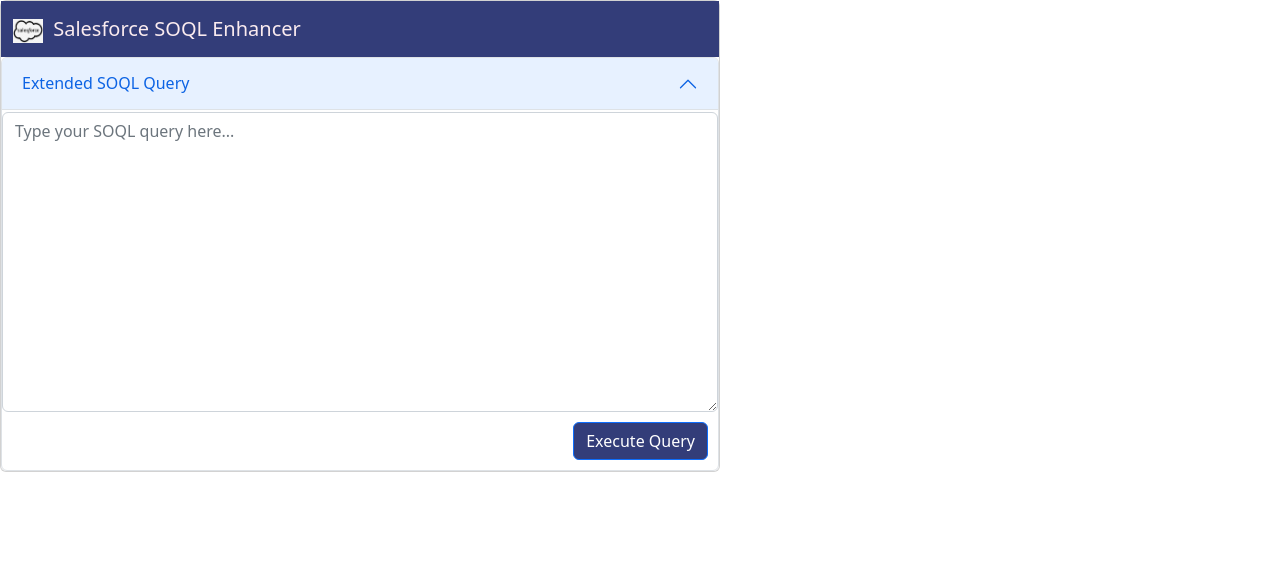
Repository: anweshpargi/salesforceExtension
Page: popup.html
The author's editor kept a copy of each file at every save. The page is drawn from the files as they stood at one save, then again after the next save.
The browser window is 1280 px wide. The pictures show the whole page.

Above is the page before, as saved 2023-08-27 01:31:00.
Not found: js/jsforce.js

### popup.html
<!DOCTYPE html>
<html lang="en">

<head>
    <meta charset="UTF-8">
    <meta http-equiv="X-UA-Compatible" content="IE=edge">
    <meta name="viewport" content="width=device-width, initial-scale=1.0">
    <link rel="stylesheet" href="bootstrap/css/bootstrap.min.css">

    <script src="bootstrap/js/bootstrap.min.js" type="text/javascript"></script>
    <script src="js/jsforce.js" type="text/javascript"></script>
    <!-- JavaScript Bundle with Popper -->

    <title> Salesforce Test Class Data Generator</title>
</head>


<body style="width: 720px">
    <div class="card">
        <nav class="navbar" style="background-color: #333D79FF;">
            <div class="container-fluid">
                <a class="navbar-brand" style="color: #FAEBEFFF;" href="#">
                    <img src="/icon.png" alt="Logo" width="30" height="24" style="margin-right: 5px;"
                        class="d-inline-block">
                    Salesforce SOQL Enhancer
                </a>
            </div>
        </nav>

        <div class="accordion" id="accordionExample">
            <div class="accordion-item">
                <h2 class="accordion-header" id="headingOne">
                    <button class="accordion-button" type="button" data-bs-toggle="collapse"
                        data-bs-target="#collapseOne" aria-expanded="true" aria-controls="collapseOne">
                        Extended SOQL Query
                    </button>
                </h2>
                <div id="collapseOne" class="accordion-collapse collapse show" aria-labelledby="headingOne"
                    data-bs-parent="#accordionExample">

                    <div class="">
                        <textarea style="margin-top: 2px; height: 300px;" class="form-control"
                            placeholder="Type your SOQL query here..." id="floatingtextarea"></textarea>
                    </div>
                    <div style="text-align: right; margin: 10px;">
                        <span id="loader" style="display: none;">
                            <span class="spinner-border text-primary"  role="status"></span>
                            <span style="color: darkblue;"> &nbsp; Processing wait... </span>
                            <span style="color: darkblue;" id="count">  </span>&nbsp;
                        </span>
                        <span>
                            <button class="btn btn-success"  style="display: none;" id="downloadExcel" type="">Download Excel</button>
                        </span>
                        <button class="btn btn-primary" style="background-color: #333D79FF;"  id="getbutton" type="">Execute Query</button>
                    </div>
                </div>

            </div>
        </div>
    </div>

</body>
<script type="text/javascript" src="js/popup.js"></script>
<script type="text/javascript" src="js/xlsx.full.min.js"></script>

</html>

### js/popup.js
//store connection... con object
var conn = undefined;
var inputQuery = undefined;

console.log('popup js loaded succesfully')
document.querySelector('#getbutton').addEventListener('click', () => {
  console.log('XLSX ' + XLSX);
  console.log('method invoked on button click')
  chrome.tabs.query({ active: true, currentWindow: true }, (tabs) => {
    console.log('inside tabs query')
    var tab = tabs[0]
    var instanceUrl = tab.url.split('.')[0] + '.my.salesforce.com'
    console.log(tab)
    var domainUrl = new URL(tab.url)
    var sessionId = undefined
    if (
      tab.url &&
      (tab.url.includes('.lightning.force.com') ||
        tab.url.includes('.salesforce.com'))
    ) {
      var port = chrome.runtime.connect({ name: 'knockknock' })
      port.postMessage({ host: instanceUrl.replace('https://', '') })
      port.onMessage.addListener(function (msg) {
        console.log('response from backgroundjs' + msg.ssid)
        sessionId = msg.ssid
        if (sessionId) {
          console.log('session id received  ', sessionId)
          conn = new jsforce.Connection({
            serverUrl: instanceUrl,
            instanceUrl: instanceUrl,
            sessionId: sessionId,
            version: '50.0',
          }) //jsforce
          console.log('connection', conn)
          getQueryInput()
        } else {
          alert('Salesforce Session Not found')
        }
      })
    } else {
      alert(
        'Not a Salesforce Domain!, Keep Salesforce Tab Active and Run again',
      )
    }
  })
})

function getQueryInput() {
  try {
    if (conn) {
      inputQuery = document
        .querySelector('#floatingtextarea')
        .value.replace(/\s\s+/g, ' ')
        .trim()
      console.log('Input query by user >> ' + inputQuery)
      processQuery(inputQuery);
    } else {
      alert('Connection not available')
    }
  } catch (error) {
    alert('Something went wrong ' + error.name)
  }
}

var records = [];
var processedQueries = [];
var recordCount = 0;
var countElement = undefined;

async function processQuery(query) {
  countElement = document.getElementById('count');
  recordCount = 0;
  records = [];
  processedQueries = [];
  try {
    isDisableExecute(true);
    showDownloadExcel(false);
    showSpinner(true);
    var match = query.match(/\(([^)]+)\)/i)
    if (match && query.length > 4000) {
      console.log('match and lenght pass');
      var valuesString = match[1];
      console.log('valuesString>> ' + valuesString);
      var valuesList = valuesString.split(',');

      var batchSize = 100;

      for (let i = 0; i < valuesList.length; i += batchSize) {
        // Slice a batch of values
        var batch = valuesList.slice(i, i + batchSize);
        // Join batch values with commas to create a new values string
        var batchValuesString = batch.join(',');

        // Replace values within parentheses with the batch values
        var modifiedQuery = query.replace(valuesString, batchValuesString);
        //console.log('modifiedQurery  >>' + modifiedQuery);
        // Store the modified query in the processedQueries array
        processedQueries.push(modifiedQuery);
        console.log('count ' + i);
        await executeQueryToDatabase(modifiedQuery);
      }
      console.log('final records length ' + records.length);
      console.log('records stingify ' + JSON.stringify(records));
      showSpinner(false);
      showDownloadExcel(true);
      isDisableExecute(false);
      //return processedQueries;
      //executeQueryToDatabase(query);
    } else {
      executeQueryToDatabase(query);
      showSpinner(false);
      showDownloadExcel(true);
      isDisableExecute(false);
    }
  } catch (error) {
    showSpinner(false);
    isDisableExecute(false);
    showDownloadExcel(false);
    alert(error.name)
    console.log(error)
  }
}

async function executeQueryToDatabase(inputQuery) {
  console.log('modified Query ' + inputQuery);
  var query = await conn
    .query(inputQuery)
    .on('record', function (record) {
      // console.log('@@ records push' + record.length)
      ++recordCount;
      console.log('@@@ ' + recordCount);
      countElement.innerHTML = recordCount;
      let { attributes, ...rec } = record;
      records.push(rec);
      // console.log('records output' + records)
    })
    .on('end', function () {
      console.log('@@ total in database : ' + query.totalSize)
      console.log('@@ total fetched : ' + query.totalFetched)
    })
    .on('error', function (err) {
      alert('ERROR NAME: ' + err.name)
      console.error(err)
    })
    .run({ autoFetch: true, maxFetch: 100000 })
}


document.querySelector('#downloadExcel').addEventListener('click', function() {
  console.log('clicked button excel');
  const exportButton = document.getElementById('downloadExcel');
  console.log('exportButton  ' + exportButton);
  console.log('XLSX' + XLSX);

  // const data = [
  //   { Name: 'John', Age: 30 },
  //   { Name: 'Jane', Age: 25 }
  // ];


  const ws = XLSX.utils.json_to_sheet(records);
  const wb = XLSX.utils.book_new();
  XLSX.utils.book_append_sheet(wb, ws, 'Sheet1');

  // Convert the workbook to an ArrayBuffer
  const wbArrayBuffer = XLSX.write(wb, { bookType: 'xlsx', type: 'array' });

  // Create a Blob from the ArrayBuffer
  const blob = new Blob([wbArrayBuffer], {
    type: 'application/vnd.openxmlformats-officedocument.spreadsheetml.sheet'
  });

    const url = URL.createObjectURL(blob);

    const a = document.createElement('a');
    a.href = url;
    const currentDatetime = new Date().toISOString().replace(/[-:.]/g, '');

    const encodedFileName = encodeURIComponent(`exported_data_${currentDatetime}.xlsx`);

    a.download = encodedFileName;
    a.click();

    // Clean up
    setTimeout(function() {
      URL.revokeObjectURL(url);
    }, 0);
    alert(`${encodedFileName} downloaded succefully`);
});

function showSpinner(isShow){
  if(isShow){
    console.log('isshowspinner true');
    document.getElementById('loader').style.display = "inline";
  }else{
    document.getElementById('loader').style.display = "none";
  }
}

function showDownloadExcel(isShow){
  if(isShow){
    document.getElementById('downloadExcel').style.display = "inline";
  }else{
    document.getElementById('downloadExcel').style.display = "none";
  }
}

function isDisableExecute(isDisable){
    document.getElementById('getbutton').disabled = isDisable;
}

Loaded but not shown: bootstrap/css/bootstrap.min.css (library); bootstrap/js/bootstrap.min.js (library); js/xlsx.full.min.js (library)

After the next save:
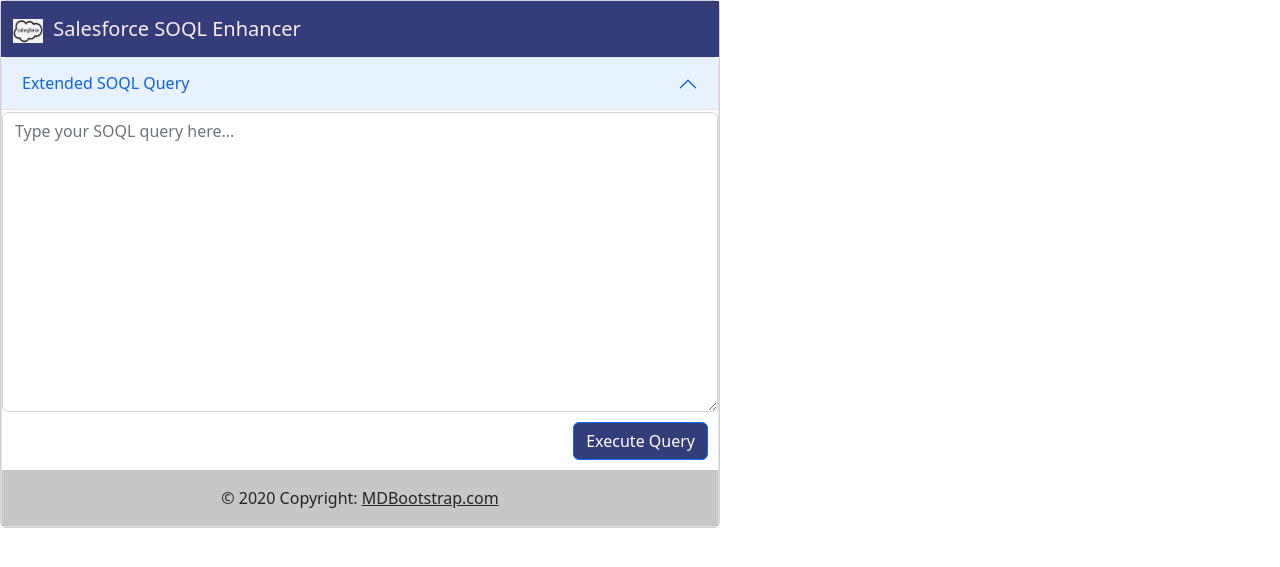
Saved 32 h 56 min later.
--- a/popup.html
+++ b/popup.html
@@ -55,6 +55,15 @@
                     </div>
                 </div>
 
+                <footer class="bg-light text-center text-lg-start">
+                    <!-- Copyright -->
+                    <div class="text-center p-3" style="background-color: rgba(0, 0, 0, 0.2);">
+                      © 2020 Copyright:
+                      <a class="text-dark" href="https://mdbootstrap.com/">MDBootstrap.com</a>
+                    </div>
+                    <!-- Copyright -->
+                  </footer>
+
             </div>
         </div>
     </div>
